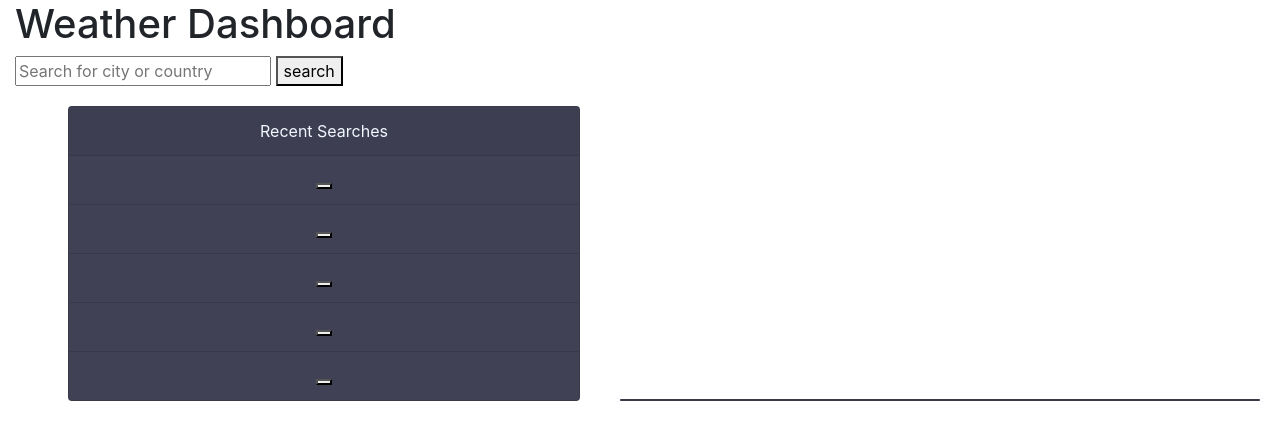
Repository: cobalt88/weather-forecast-app
Page: index.html
The author's editor kept a copy of each file at every save. The page is drawn from the files as they stood at one save, then again after the next save.
The browser window is 1280 px wide. The pictures show the whole page.
The page's requests for data from a server got no answer. Some web libraries are served in a nearby version.

Above is the page before, as saved 2022-05-23 11:53:26.

After the next save:
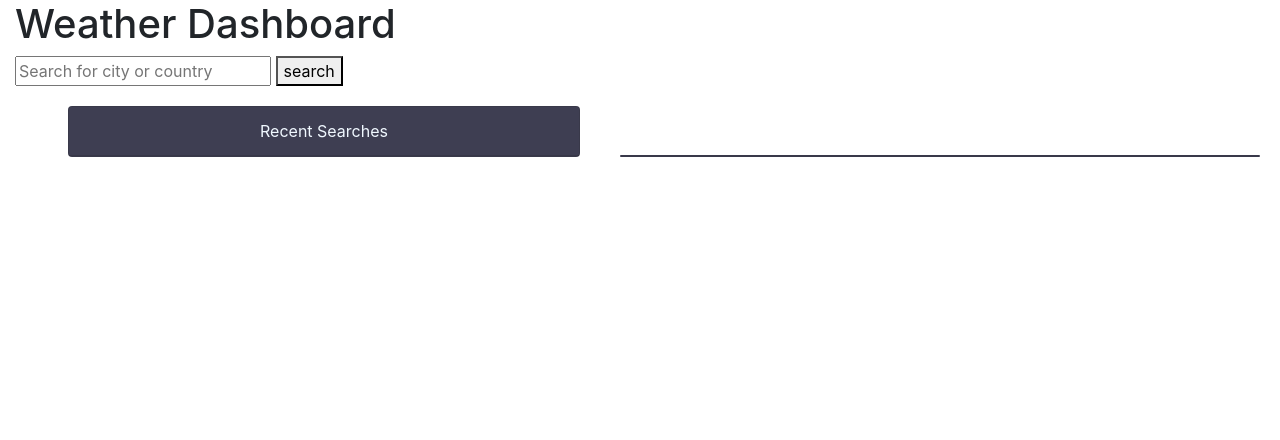
Saved 26 s later.
--- a/index.html
+++ b/index.html
@@ -41,11 +41,6 @@
             Recent Searches
           </div>
             <ul class="list-group list-group-flush" id="history-container">
-              <li class="list-group-item"><button type="button" class="list-button"> </button></li>
-              <li class="list-group-item"><button type="button" class="list-button" id="city-two"> </button></li>
-              <li class="list-group-item"><button type="button" class="list-button" id="city-three"> </button></li>
-              <li class="list-group-item"><button type="button" class="list-button" id="city-four"> </button></li>
-              <li class="list-group-item"><button type="button" class="list-button" id="city-five"> </button></li>
           </ul>
         </div>
         <div class="card" id="today">
